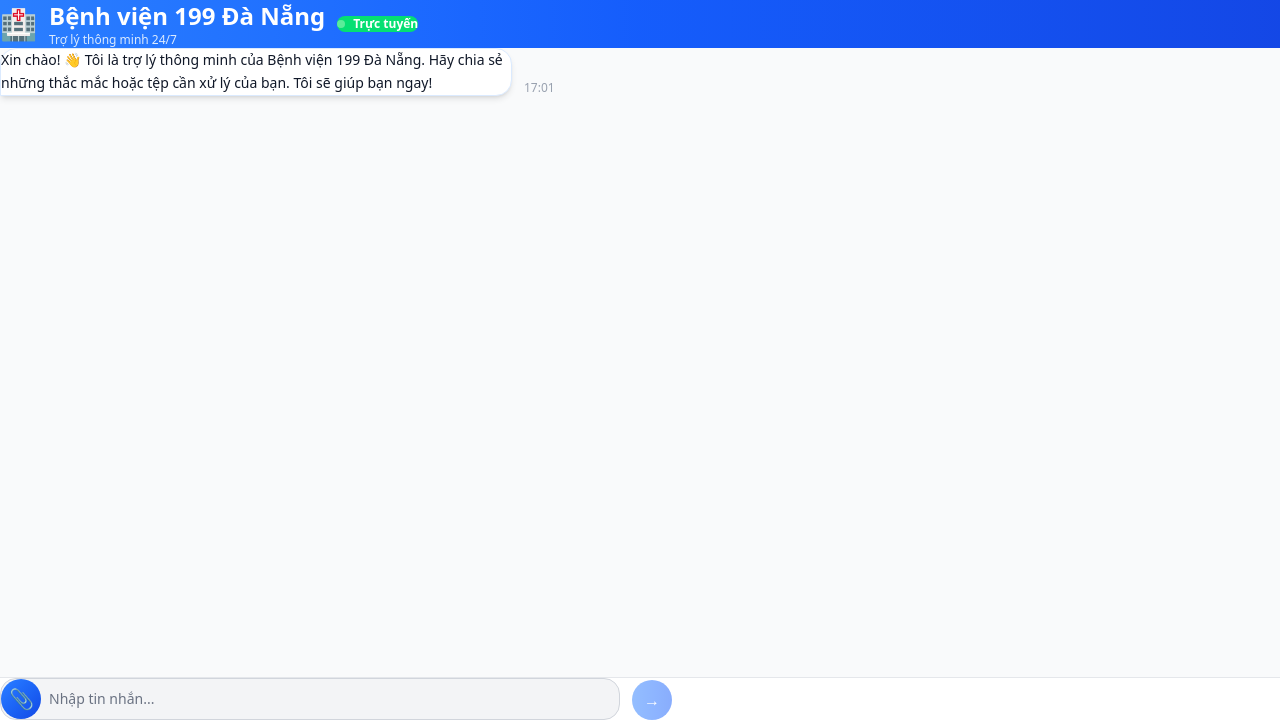
Repository: France2003/B-nh_Vi-n_199
Page: /
These files come from the project's save history. The page is drawn as it stood at one moment and after the next save; the edit follows.
The browser window is 1280 px wide. The pictures show the whole page.
The project was rebuilt for these pictures with package versions that can differ from the ones it lists, and the page was loaded fresh each time. Also part of the build but not shown: vite.config.ts, src/App.css, src/components/FilePreview.tsx.

Above is the page before, as saved 2026-01-10 00:14:26.

### index.html
<!doctype html>
<html lang="en">
  <head>
    <meta charset="UTF-8" />
    <link rel="icon" type="image/svg+xml" href="/vite.svg" />
    <meta name="viewport" content="width=device-width, initial-scale=1.0" />
    <title>chat199</title>
  </head>
  <body>
    <div id="root"></div>
    <script type="module" src="/src/main.tsx"></script>
  </body>
</html>

### src/index.css
@import "tailwindcss";

:root {
  --hospital-50: #f0f7fc;
  --hospital-100: #dceef9;
  --hospital-200: #b9def3;
  --hospital-300: #8fcde9;
  --hospital-400: #5ab9dd;
  --hospital-500: #35a4d0;
  --hospital-600: #2a7bb7;
  --hospital-700: #1e5b8d;
  --hospital-800: #0d4a73;
  --hospital-900: #081f2e;
}

* {
  @apply m-0 p-0 box-border;
}

html,
body {
  @apply h-full w-full;
}

body {
  @apply overflow-hidden;
}

#root {
  @apply h-screen w-screen;
}

/* Scrollbar Styling */
::-webkit-scrollbar {
  @apply w-2 h-2;
}

::-webkit-scrollbar-track {
  @apply bg-transparent;
}

::-webkit-scrollbar-thumb {
  background-color: rgb(13, 74, 115, 0.3);
  border-radius: 4px;
}

::-webkit-scrollbar-thumb:hover {
  background-color: rgb(13, 74, 115, 0.5);
}

/* Custom animations */
@keyframes slideIn {
  from {
    opacity: 0;
    transform: translateY(10px);
  }
  to {
    opacity: 1;
    transform: translateY(0);
  }
}

@keyframes bounce {
  0%, 80%, 100% {
    opacity: 0.5;
    transform: translateY(0);
  }
  40% {
    opacity: 1;
    transform: translateY(-10px);
  }
}

.animate-in {
  animation: slideIn 0.3s ease forwards;
}

.delay-200 {
  animation-delay: 200ms;
}

.delay-400 {
  animation-delay: 400ms;
}

.slide-in-from-bottom-2 {
  --tw-enter-translate-y: 8px;
}

### src/App.tsx
import './App.css'
import { ChatBot } from './components/ChatBot'

function App() {
  return <ChatBot />
}

export default App

### src/components/ChatBot.tsx
import React, { useState, useRef, useEffect } from 'react';
import type { Message, UploadedFile } from '../types';
import { ChatMessage } from './ChatMessage';
import { FileUploader } from './FileUploader';
import { FilePreview } from './FilePreview';

export const ChatBot: React.FC = () => {
  const [messages, setMessages] = useState<Message[]>([
    {
      id: '1',
      type: 'bot',
      content: 'Xin chào! 👋 Tôi là trợ lý thông minh của Bệnh viện 199 Đà Nẵng. Hãy chia sẻ những thắc mắc hoặc tệp cần xử lý của bạn. Tôi sẽ giúp bạn ngay!',
      timestamp: new Date(),
    },
  ]);

  const [uploadedFiles, setUploadedFiles] = useState<UploadedFile[]>([]);
  const [inputValue, setInputValue] = useState('');
  const [isLoading, setIsLoading] = useState(false);
  const messagesEndRef = useRef<HTMLDivElement>(null);
  const inputRef = useRef<HTMLInputElement>(null);

  const scrollToBottom = () => {
    messagesEndRef.current?.scrollIntoView({ behavior: 'smooth' });
  };

  useEffect(() => {
    scrollToBottom();
  }, [messages]);

  const handleFilesUpload = (files: UploadedFile[]) => {
    setUploadedFiles((prev) => [...prev, ...files]);
  };

  const handleFileDescriptionChange = (fileId: string, description: string) => {
    setUploadedFiles((prev) =>
      prev.map((file) =>
        file.id === fileId ? { ...file, description } : file
      )
    );
  };

  const handleRemoveFile = (fileId: string) => {
    setUploadedFiles((prev) => prev.filter((file) => file.id !== fileId));
  };

  const handleSendMessage = async () => {
    if (!inputValue.trim() && uploadedFiles.length === 0) return;

    setIsLoading(true);

    // Create user message
    const userMessage: Message = {
      id: `${Date.now()}`,
      type: 'user',
      content: inputValue,
      timestamp: new Date(),
      files: uploadedFiles.length > 0 ? [...uploadedFiles] : undefined,
    };

    setMessages((prev) => [...prev, userMessage]);
    setInputValue('');
    setUploadedFiles([]);

    // Simulate bot response
    setTimeout(() => {
      const botMessage: Message = {
        id: `${Date.now() + 1}`,
        type: 'bot',
        content: generateBotResponse(userMessage),
        timestamp: new Date(),
      };
      setMessages((prev) => [...prev, botMessage]);
      setIsLoading(false);
    }, 1000);
  };

  const generateBotResponse = (userMessage: Message): string => {
    if (userMessage.files && userMessage.files.length > 0) {
      const fileCount = userMessage.files.length;
      const fileNames = userMessage.files.map((f) => f.name).join(', ');
      return `✓ Đã nhận ${fileCount} tệp: ${fileNames}. ${
        userMessage.content
          ? `Yêu cầu: ${userMessage.content}`
          : 'Đang xử lý tệp của bạn...'
      }`;
    }

    const responses = [
      '✓ Cảm ơn bạn đã liên hệ! Chúng tôi đang xử lý yêu cầu của bạn.',
      '✓ Bệnh viện 199 sẵn sàng hỗ trợ! Hãy cho tôi biết thêm thông tin chi tiết.',
      '✓ Tôi đã ghi nhận thông tin của bạn. Có gì khác tôi có thể giúp?',
      '✓ Cảm ơn bạn đã tin tưởng dịch vụ của chúng tôi! 🏥',
    ];

    return responses[Math.floor(Math.random() * responses.length)];
  };

  const handleKeyPress = (e: React.KeyboardEvent<HTMLInputElement>) => {
    if (e.key === 'Enter' && !e.shiftKey) {
      e.preventDefault();
      handleSendMessage();
    }
  };

  return (
    <div className="flex flex-col h-screen bg-white">
      {/* Header */}
      <header className="bg-gradient-to-r from-blue-500 via-blue-600 to-blue-700 text-white px-6 py-4 shadow-lg">
        <div className="flex items-center gap-3">
          <div className="text-3xl">🏥</div>
          <div>
            <h1 className="text-2xl font-bold">Bệnh viện 199 Đà Nẵng</h1>
            <p className="text-blue-100 text-xs font-medium">Trợ lý thông minh 24/7</p>
          </div>
          <div className="ml-auto flex items-center gap-2 bg-green-400 bg-opacity-30 px-3 py-1 rounded-full">
            <div className="w-2 h-2 bg-green-300 rounded-full animate-pulse"></div>
            <span className="text-xs font-semibold">Trực tuyến</span>
          </div>
        </div>
      </header>

      {/* Chat Container */}
      <div className="flex-1 overflow-y-auto px-4 py-6 bg-gray-50">
        <div className="max-w-2xl mx-auto space-y-4">
          {messages.map((message) => (
            <ChatMessage key={message.id} message={message} />
          ))}
          {isLoading && (
            <div className="flex gap-3">
              <div className="w-8 h-8 rounded-full bg-gradient-to-r from-blue-500 to-blue-600 flex items-center justify-center text-white text-sm font-bold flex-shrink-0">🤖</div>
              <div className="flex gap-1.5 bg-white px-4 py-3 rounded-2xl shadow-sm">
                <div className="w-2 h-2 bg-blue-500 rounded-full animate-bounce"></div>
                <div className="w-2 h-2 bg-blue-500 rounded-full animate-bounce" style={{animationDelay: '0.2s'}}></div>
                <div className="w-2 h-2 bg-blue-500 rounded-full animate-bounce" style={{animationDelay: '0.4s'}}></div>
              </div>
            </div>
          )}
          <div ref={messagesEndRef} />
        </div>
      </div>

      {/* Input Area */}
      <div className="bg-white border-t border-gray-200 px-4 py-4 shadow-lg">
        <div className="max-w-2xl mx-auto">
          {uploadedFiles.length > 0 && (
            <div className="mb-4">
              <FilePreview
                files={uploadedFiles}
                onDescriptionChange={handleFileDescriptionChange}
                onRemove={handleRemoveFile}
              />
            </div>
          )}

          <div className="flex gap-3 items-end">
            <div className="flex-1 flex items-center gap-2 bg-gray-100 border border-gray-300 rounded-2xl px-4 py-3 transition-all focus-within:border-blue-500 focus-within:ring-2 focus-within:ring-blue-200 hover:border-gray-400">
              <FileUploader onFilesUpload={handleFilesUpload} showLabel={false} />

              <input
                ref={inputRef}
                type="text"
                value={inputValue}
                onChange={(e) => setInputValue(e.target.value)}
                onKeyPress={handleKeyPress}
                placeholder="Nhập tin nhắn..."
                className="flex-1 bg-transparent text-gray-900 placeholder-gray-500 focus:outline-none text-sm"
                disabled={isLoading}
              />
            </div>

            <button
              onClick={handleSendMessage}
              className="w-10 h-10 flex items-center justify-center rounded-full bg-gradient-to-r from-blue-500 to-blue-600 text-white font-bold transition-all duration-200 hover:shadow-lg hover:scale-105 active:scale-95 disabled:opacity-50 disabled:cursor-not-allowed flex-shrink-0"
              disabled={isLoading || (!inputValue.trim() && uploadedFiles.length === 0)}
              title="Gửi tin nhắn"
            >
              <span>→</span>
            </button>
          </div>
        </div>
      </div>
    </div>
  );
};

### src/components/ChatMessage.tsx
import React from 'react';
import type { Message } from '../types';

interface ChatMessageProps {
  message: Message;
}

export const ChatMessage: React.FC<ChatMessageProps> = ({ message }) => {
  const isUser = message.type === 'user';

  return (
    <div className={`flex gap-3 ${isUser ? 'justify-end' : 'justify-start'} animate-in fade-in slide-in-from-bottom-2 duration-300`}>
      <div className={`max-w-xs md:max-w-md lg:max-w-lg px-5 py-4 rounded-2xl break-words shadow-md ${
        isUser
          ? 'bg-gradient-to-br from-blue-600 to-blue-700 text-white rounded-br-none'
          : 'bg-white text-gray-900 rounded-bl-none border border-blue-100'
      }`}>
        <p className="text-sm leading-relaxed mb-2 last:mb-0 font-medium">{message.content}</p>

        {message.files && message.files.length > 0 && (
          <div className="flex flex-wrap gap-3 mt-3 pt-3 border-t border-current border-opacity-10">
            {message.files.map((file) => (
              <div key={file.id} className="flex flex-col items-start gap-2">
                {file.type === 'image' && file.preview ? (
                  <img src={file.preview} alt={file.name} className="w-32 h-32 object-cover rounded-lg shadow-sm hover:shadow-md transition-shadow" />
                ) : (
                  <div className={`w-28 h-28 flex items-center justify-center rounded-lg shadow-sm ${isUser ? 'bg-white bg-opacity-20' : 'bg-blue-50'}`}>
                    <svg className={`w-10 h-10 ${isUser ? 'text-white' : 'text-blue-600'}`} viewBox="0 0 24 24" fill="none" stroke="currentColor" strokeWidth="2">
                      <path d="M13 2H6a2 2 0 0 0-2 2v16a2 2 0 0 0 2 2h12a2 2 0 0 0 2-2V9z"></path>
                      <polyline points="13 2 13 9 20 9"></polyline>
                    </svg>
                  </div>
                )}
                {file.description && (
                  <p className={`text-xs max-w-xs ${isUser ? 'text-blue-100' : 'text-gray-600'}`}>{file.description}</p>
                )}
              </div>
            ))}
          </div>
        )}
      </div>

      <div className="flex flex-col items-center justify-end">
        <p className={`text-xs mt-1 font-medium ${isUser ? 'text-blue-100' : 'text-gray-400'}`}>
          {message.timestamp.toLocaleTimeString('vi-VN', {
            hour: '2-digit',
            minute: '2-digit',
          })}
        </p>
      </div>
    </div>
  );
};

### src/components/FileUploader.tsx
import React, { useState, useRef } from 'react';
import type { UploadedFile } from '../types';

interface FileUploaderProps {
  onFilesUpload: (files: UploadedFile[]) => void;
  showLabel?: boolean;
}

export const FileUploader: React.FC<FileUploaderProps> = ({ onFilesUpload, showLabel = true }) => {
  const [isDragActive, setIsDragActive] = useState(false);
  const fileInputRef = useRef<HTMLInputElement>(null);

  const handleDrag = (e: React.DragEvent) => {
    e.preventDefault();
    e.stopPropagation();
    if (e.type === 'dragenter' || e.type === 'dragover') {
      setIsDragActive(true);
    } else if (e.type === 'dragleave') {
      setIsDragActive(false);
    }
  };

  const processFiles = (files: FileList) => {
    const uploadedFiles: UploadedFile[] = [];

    Array.from(files).forEach((file) => {
      const isImage = file.type.startsWith('image/');
      const uploadedFile: UploadedFile = {
        id: `${Date.now()}-${Math.random()}`,
        name: file.name,
        type: isImage ? 'image' : 'file',
        file,
      };

      if (isImage) {
        const reader = new FileReader();
        reader.onload = (e) => {
          uploadedFile.preview = e.target?.result as string;
        };
        reader.readAsDataURL(file);
      }

      uploadedFiles.push(uploadedFile);
    });

    onFilesUpload(uploadedFiles);
  };

  const handleDrop = (e: React.DragEvent) => {
    e.preventDefault();
    e.stopPropagation();
    setIsDragActive(false);

    if (e.dataTransfer.files && e.dataTransfer.files[0]) {
      processFiles(e.dataTransfer.files);
    }
  };

  const handleChange = (e: React.ChangeEvent<HTMLInputElement>) => {
    if (e.target.files) {
      processFiles(e.target.files);
    }
  };

  if (!showLabel) {
    return (
      <>
        <input
          ref={fileInputRef}
          type="file"
          multiple
          onChange={handleChange}
          accept="image/*,.pdf,.doc,.docx,.xls,.xlsx,.txt"
          className="hidden"
          id="file-upload-input"
        />
        <label
          htmlFor="file-upload-input"
          className="flex items-center justify-center w-10 h-10 rounded-full bg-gradient-to-br from-blue-500 to-blue-700 text-white cursor-pointer hover:shadow-lg hover:scale-110 transition-all active:scale-95 flex-shrink-0"
          title="Tải file"
          onDragEnter={handleDrag}
          onDragLeave={handleDrag}
          onDragOver={handleDrag}
          onDrop={handleDrop}
        >
          <span className="text-xl">📎</span>
        </label>
      </>
    );
  }

  return (
    <div
      className={`border-2 border-dashed rounded-2xl p-8 text-center transition-all cursor-pointer mb-5 ${
        isDragActive
          ? 'border-blue-500 bg-blue-50 shadow-lg scale-105'
          : 'border-blue-300 bg-blue-50 hover:bg-blue-100 hover:border-blue-400'
      }`}
      onDragEnter={handleDrag}
      onDragLeave={handleDrag}
      onDragOver={handleDrag}
      onDrop={handleDrop}
    >
      <input
        ref={fileInputRef}
        type="file"
        multiple
        onChange={handleChange}
        accept="image/*,.pdf,.doc,.docx,.xls,.xlsx,.txt"
        className="hidden"
      />
      <div className="pointer-events-none">
        <div className="text-4xl mb-3">📁</div>
        <p className="m-0 mb-2 text-base font-bold text-blue-900">Kéo thả file tại đây</p>
        <p className="m-0 text-sm text-blue-600 mb-3">hoặc nhấp để chọn từ máy tính</p>
        <p className="m-0 text-xs text-blue-500">Hỗ trợ: Hình ảnh, PDF, Word, Excel</p>
      </div>
    </div>
  );
};

Loaded but not shown: src/main.tsx (common file)

After the next save:
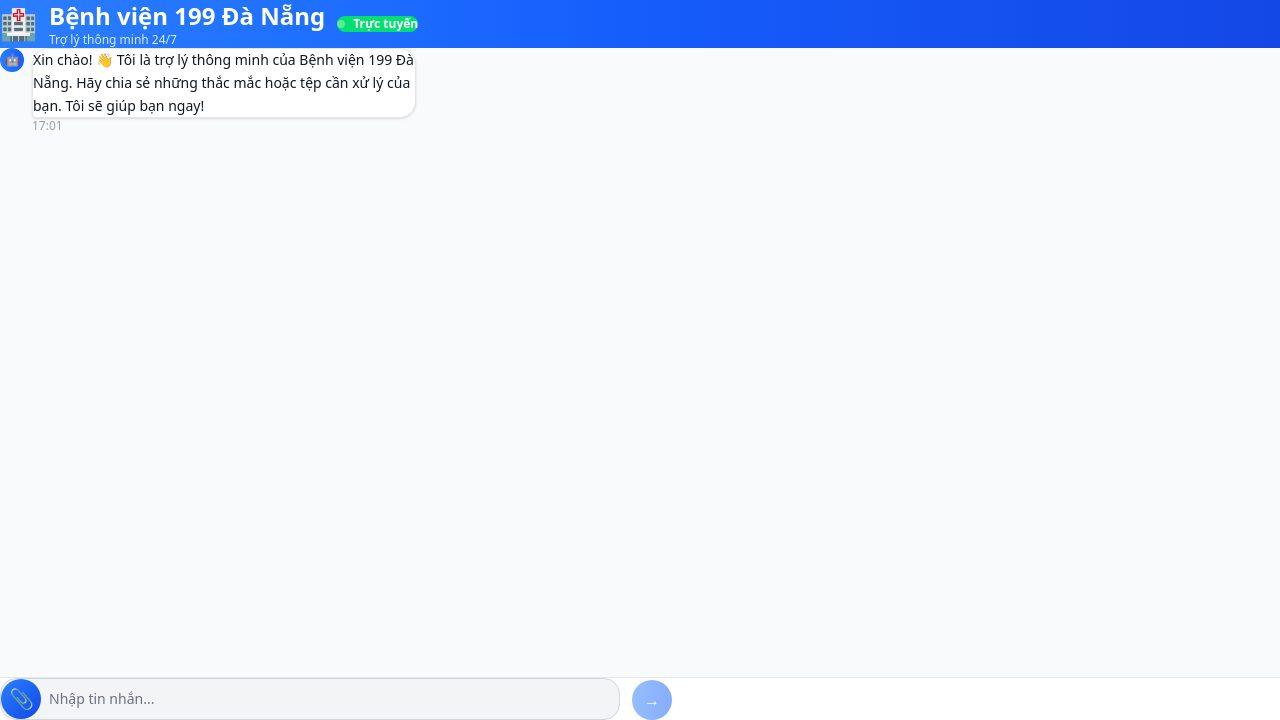
Saved 12 s later.
--- a/src/components/ChatMessage.tsx
+++ b/src/components/ChatMessage.tsx
@@ -9,39 +9,41 @@
   const isUser = message.type === 'user';
 
   return (
-    <div className={`flex gap-3 ${isUser ? 'justify-end' : 'justify-start'} animate-in fade-in slide-in-from-bottom-2 duration-300`}>
-      <div className={`max-w-xs md:max-w-md lg:max-w-lg px-5 py-4 rounded-2xl break-words shadow-md ${
-        isUser
-          ? 'bg-gradient-to-br from-blue-600 to-blue-700 text-white rounded-br-none'
-          : 'bg-white text-gray-900 rounded-bl-none border border-blue-100'
-      }`}>
-        <p className="text-sm leading-relaxed mb-2 last:mb-0 font-medium">{message.content}</p>
+    <div className={`flex gap-2 ${isUser ? 'justify-end' : 'justify-start'}`}>
+      {!isUser && <div className="w-6 h-6 rounded-full bg-gradient-to-r from-blue-500 to-blue-600 flex items-center justify-center text-white text-xs font-bold flex-shrink-0">🤖</div>}
 
-        {message.files && message.files.length > 0 && (
-          <div className="flex flex-wrap gap-3 mt-3 pt-3 border-t border-current border-opacity-10">
-            {message.files.map((file) => (
-              <div key={file.id} className="flex flex-col items-start gap-2">
-                {file.type === 'image' && file.preview ? (
-                  <img src={file.preview} alt={file.name} className="w-32 h-32 object-cover rounded-lg shadow-sm hover:shadow-md transition-shadow" />
-                ) : (
-                  <div className={`w-28 h-28 flex items-center justify-center rounded-lg shadow-sm ${isUser ? 'bg-white bg-opacity-20' : 'bg-blue-50'}`}>
-                    <svg className={`w-10 h-10 ${isUser ? 'text-white' : 'text-blue-600'}`} viewBox="0 0 24 24" fill="none" stroke="currentColor" strokeWidth="2">
-                      <path d="M13 2H6a2 2 0 0 0-2 2v16a2 2 0 0 0 2 2h12a2 2 0 0 0 2-2V9z"></path>
-                      <polyline points="13 2 13 9 20 9"></polyline>
-                    </svg>
-                  </div>
-                )}
-                {file.description && (
-                  <p className={`text-xs max-w-xs ${isUser ? 'text-blue-100' : 'text-gray-600'}`}>{file.description}</p>
-                )}
-              </div>
-            ))}
-          </div>
-        )}
-      </div>
+      <div className={`flex flex-col ${isUser ? 'items-end' : 'items-start'}`}>
+        <div className={`max-w-xs md:max-w-sm px-4 py-3 rounded-2xl break-words ${
+          isUser
+            ? 'bg-gradient-to-br from-blue-500 to-blue-600 text-white rounded-br-sm'
+            : 'bg-white text-gray-900 rounded-bl-sm border border-gray-200 shadow-sm'
+        }`}>
+          <p className="text-sm leading-relaxed">{message.content}</p>
 
-      <div className="flex flex-col items-center justify-end">
-        <p className={`text-xs mt-1 font-medium ${isUser ? 'text-blue-100' : 'text-gray-400'}`}>
+          {message.files && message.files.length > 0 && (
+            <div className="flex flex-wrap gap-2 mt-2">
+              {message.files.map((file) => (
+                <div key={file.id} className="relative group">
+                  {file.type === 'image' && file.preview ? (
+                    <img src={file.preview} alt={file.name} className="w-24 h-24 object-cover rounded-lg" />
+                  ) : (
+                    <div className={`w-20 h-20 flex items-center justify-center rounded-lg ${
+                      isUser ? 'bg-white bg-opacity-20' : 'bg-gray-100'
+                    }`}>
+                      <span className="text-2xl">📄</span>
+                    </div>
+                  )}
+                  {file.description && (
+                    <p className={`text-xs mt-1 max-w-xs ${isUser ? 'text-blue-100' : 'text-gray-600'}`}>{file.description}</p>
+                  )}
+                </div>
+              ))}
+            </div>
+          )}
+        </div>
+        <p className={`text-xs mt-1 px-2 ${
+          isUser ? 'text-gray-500' : 'text-gray-400'
+        }`}>
           {message.timestamp.toLocaleTimeString('vi-VN', {
             hour: '2-digit',
             minute: '2-digit',
